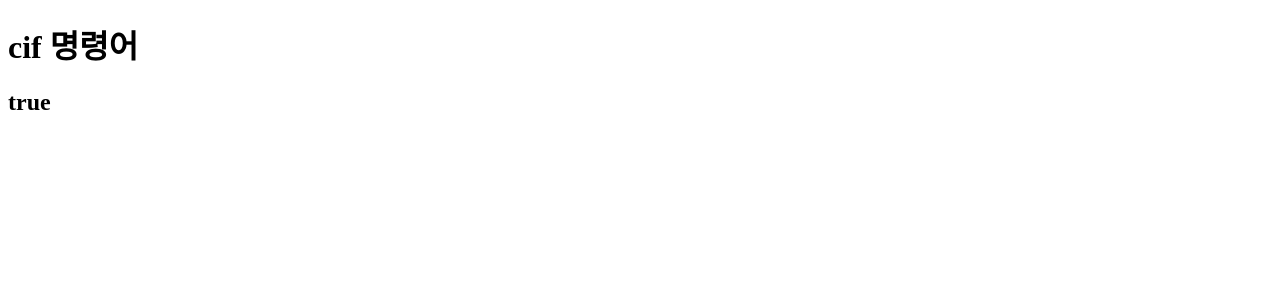
Repository: JaeYong-An/jstl
Page: http://localhost/jstl_study/step-1.jsp
These files come from the project's save history. The page is drawn as it stood at one moment and after the next save; the edit follows.
The browser window is 1280 px wide. The pictures show the whole page.
The page is served by Tomcat 9. Other server files are loaded and not shown.

Above is the page before, as saved 2023-11-22 04:17:22.

### jstl_study/src/main/webapp/step-1.jsp
<%@ page language="java" contentType="text/html; charset=UTF-8"
    pageEncoding="UTF-8"%>
    <%@ taglib uri="http://java.sun.com/jsp/jstl/core" prefix="c"%>
<!DOCTYPE html>
<html>
<head>
<meta charset="UTF-8">
<title>Insert title here</title>
</head>
<body>
	<h1>cif 명령어</h1>
	<c:if test="true">
	<h2>true</h2>
	</c:if>

</body>
</html>

After the next save:
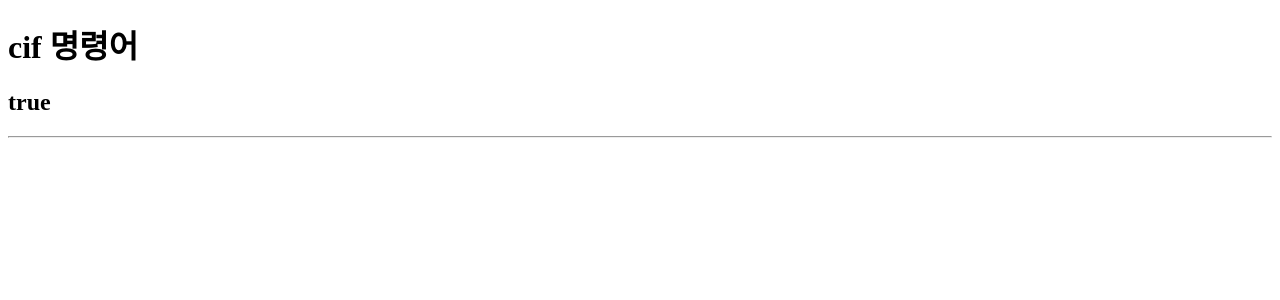
Saved 48 s later.
--- a/jstl_study/src/main/webapp/step-1.jsp
+++ b/jstl_study/src/main/webapp/step-1.jsp
@@ -10,8 +10,9 @@
 <body>
 	<h1>cif 명령어</h1>
 	<c:if test="true">
-	<h2>true</h2>
+		<h2>true</h2>
 	</c:if>
 
+	<hr>
 </body>
 </html>
